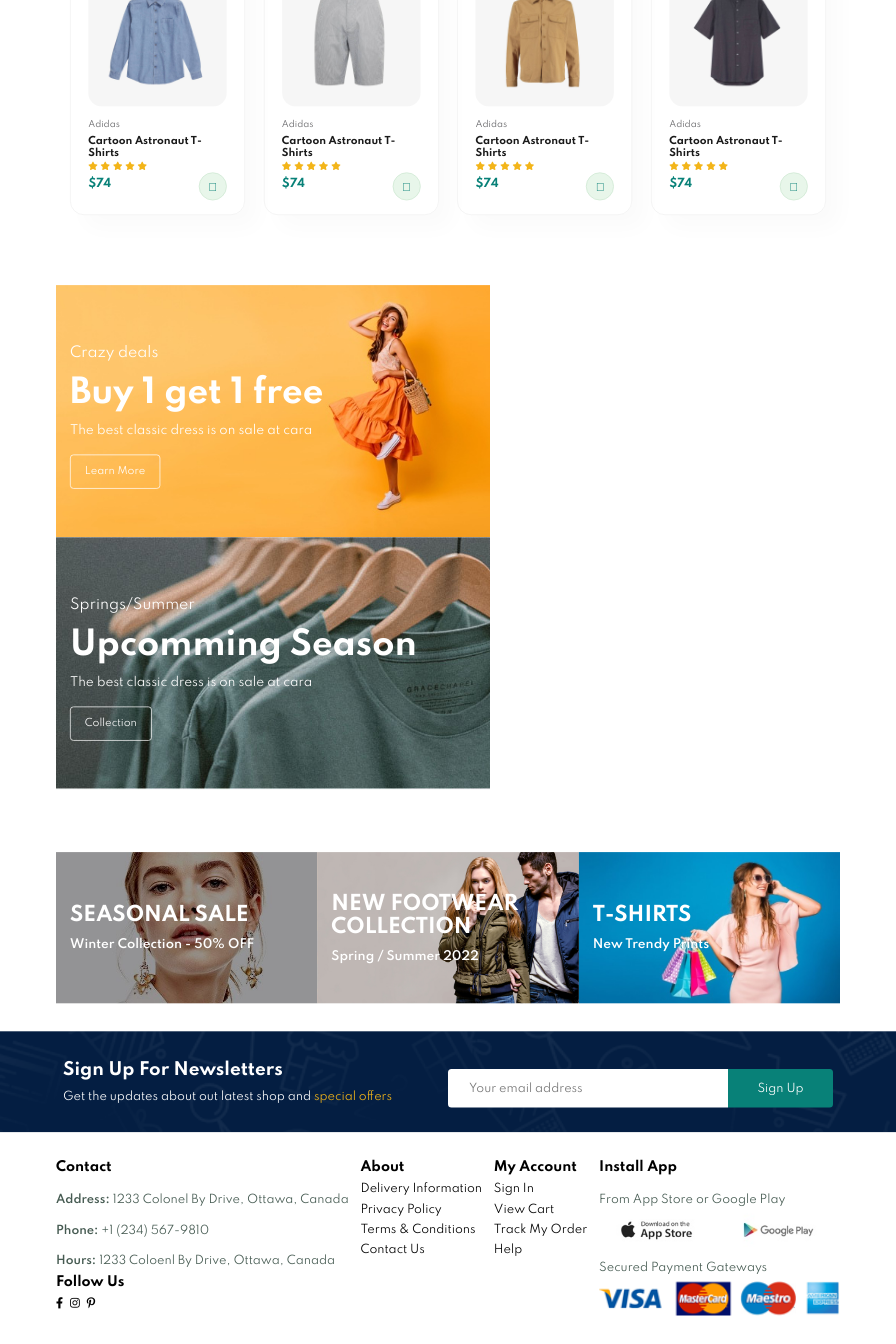
Repository: Daryllgio/E-Commerce-Website-UI
Page: index.html
An editor plug-in stored every save of this project. The page is shown before and after the next save, followed by the edit.
The browser window is 1280 px wide. The pictures show the part of the page from y = 2865 to 4785 px (the page is 4785 px tall before and 4775 px after), at 70% of full size.
Some web libraries are served in a nearby version.

Above is the page before, as saved 2025-01-01 08:49:20.

After the next save:
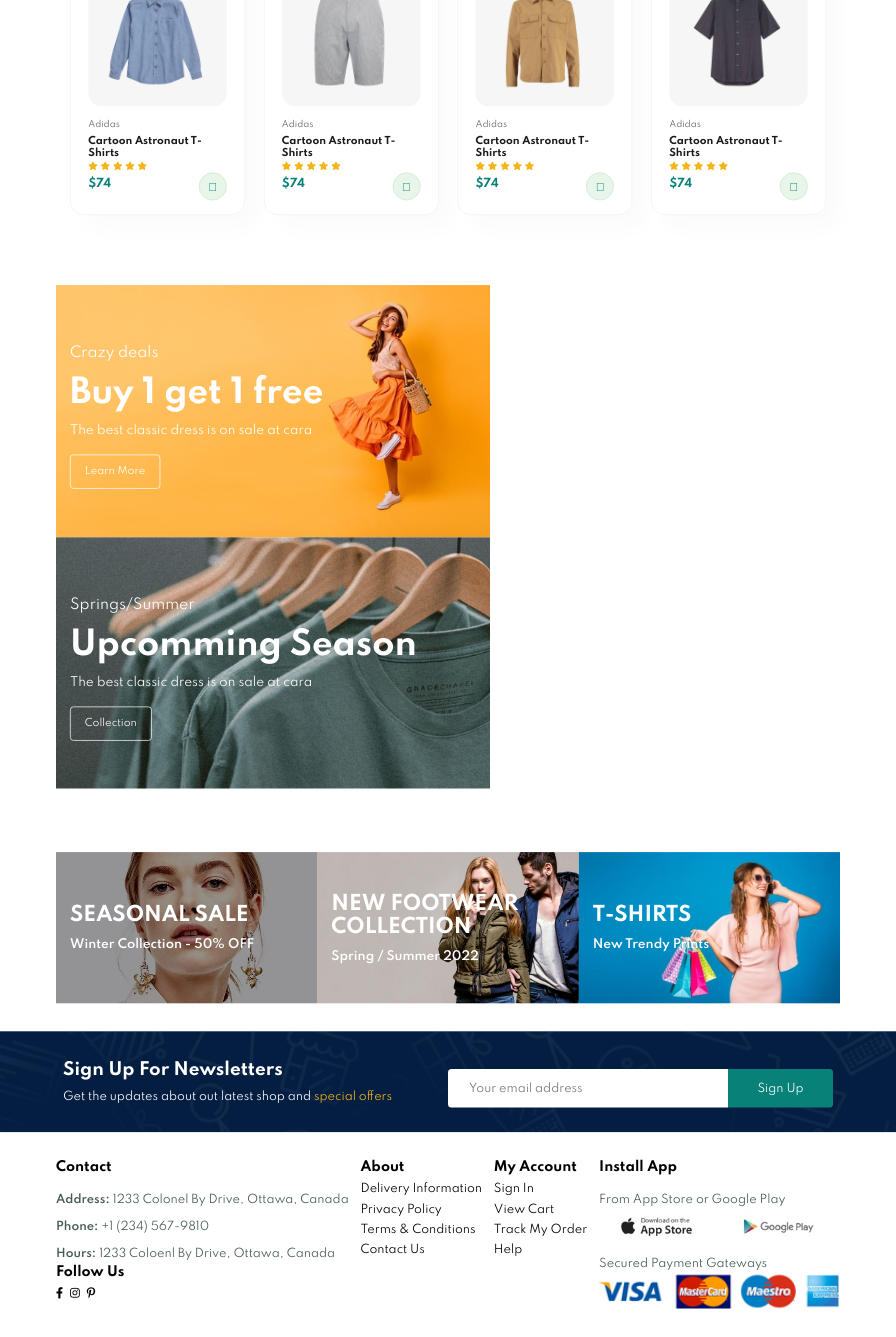
Saved 12 s later.
--- a/style.css
+++ b/style.css
@@ -496,5 +496,5 @@ body {
 }
 
 #Footer p {
-  margin-bottom: 10px;
-}
+  margin-bottom: 5px;
+}
